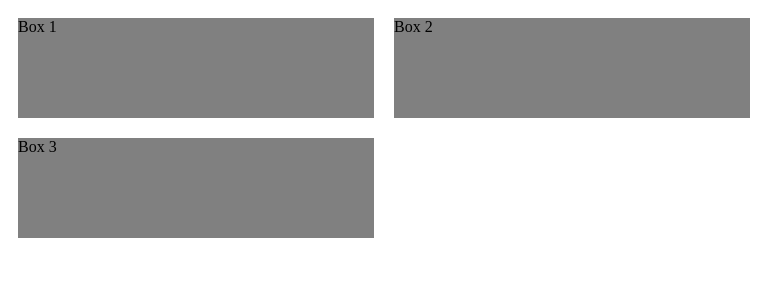
Repository: ervinne13/gg-basic-web-frontend-development
Page: modules/css/long-samples/grid-system-1.html
These files come from the project's save history. The page is drawn as it stood at one moment and after the next save; the edit follows.
The browser window is 768 px wide. The pictures show the whole page.

Above is the page before, as saved 2019-07-04 18:13:33.

After the next save:
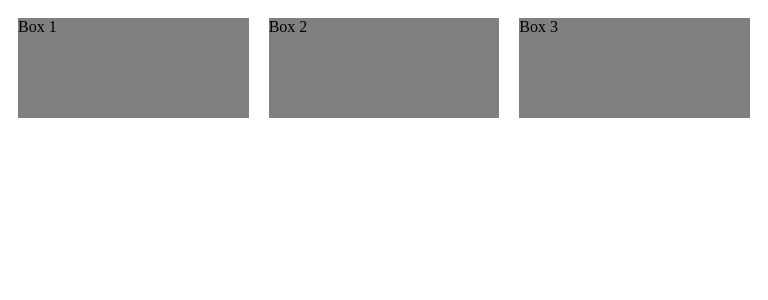
Saved 9 s later.
--- a/modules/css/long-samples/grid-system-1.html
+++ b/modules/css/long-samples/grid-system-1.html
@@ -31,11 +31,6 @@
                 }
             }
 
-            @media(max-width: 800px) {
-                .grid-container .row .col{
-                    flex-basis: 50%;
-                }
-            }
             @media(max-width: 600px) {
                 .grid-container .row .col{
                     flex-basis: 100%;
